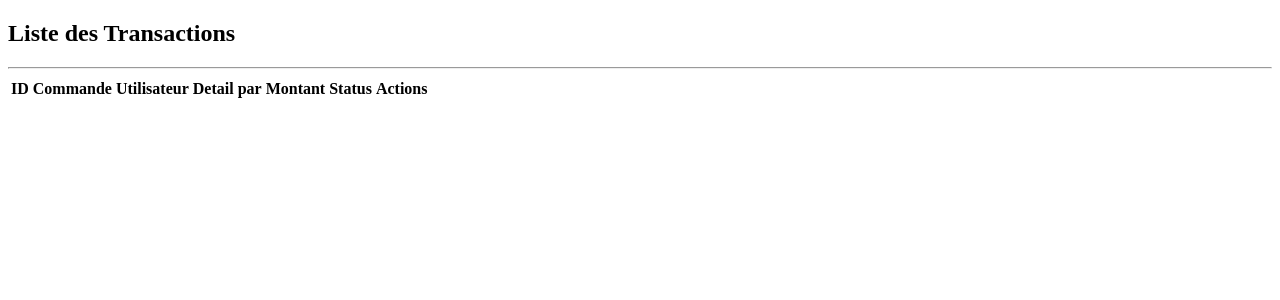
Repository: DIOMANDEMohamed/tp-web
Page: http://localhost/transactions
An editor plug-in stored every save of this project. The page is shown before and after the next save, followed by the edit.
The browser window is 1280 px wide. The pictures show the whole page.
The page is served by the project's Laravel application, run on PHP 8.4 with Laravel 12. Queries for data that is not in the repository find no rows.

Above is the page before, as saved 2024-06-10 17:09:04.

After the next save:
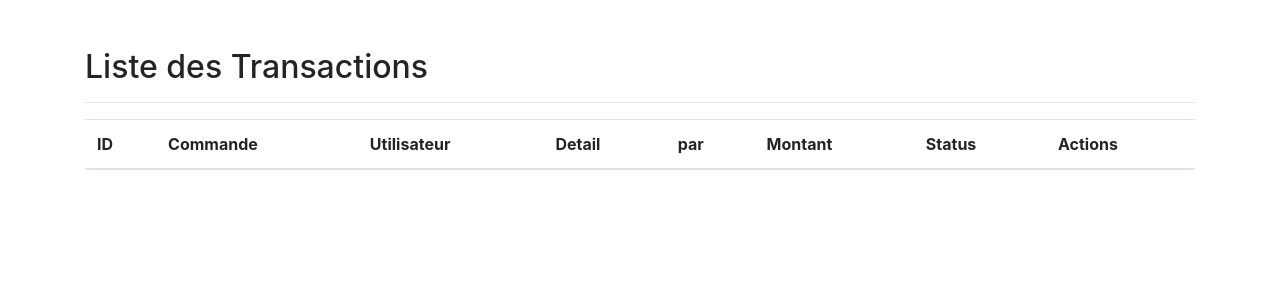
Saved 8 min 19 s later.
--- a/resources/views/transactions/index.blade.php
+++ b/resources/views/transactions/index.blade.php
@@ -4,7 +4,7 @@
     <meta charset="UTF-8">
     <meta name="viewport" content="width=device-width, initial-scale=1.0">
     <title>Liste des Transactions</title>
-    <link rel="stylesheet" href={{route('all transaction.index')}}>
+    <link rel="stylesheet" href="https://maxcdn.bootstrapcdn.com/bootstrap/4.0.0/css/bootstrap.min.css">
 </head>
 <body>
     <div class="container mt-5">
